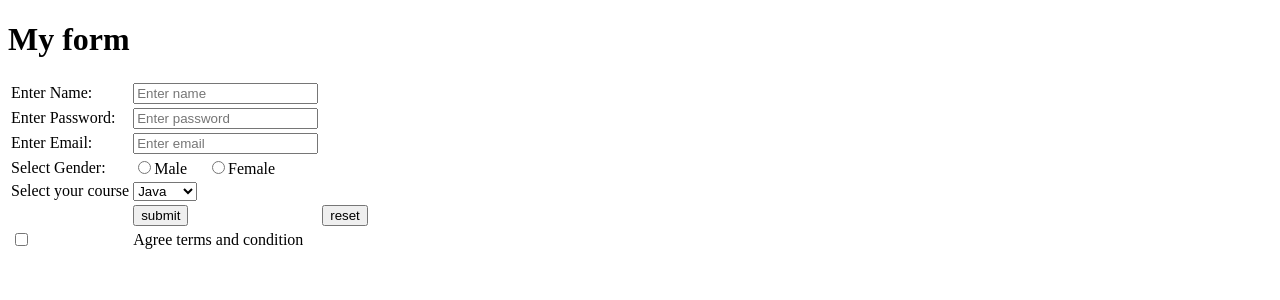
Repository: shitalshirole4044/Servlet-jsp
Page: http://localhost/test/
These files come from the project's save history. The page is drawn as it stood at one moment and after the next save; the edit follows.
The browser window is 1280 px wide. The pictures show the whole page.
The page is served by Tomcat 9. Other server files are loaded and not shown.

Above is the page before, as saved 2024-02-14 09:20:44.

### test/src/main/webapp/index.jsp
<%@ page language="java" contentType="text/html; charset=ISO-8859-1"
    pageEncoding="ISO-8859-1"%>
<!DOCTYPE html>
<html>
<head>
<meta charset="ISO-8859-1">
<title>Insert title here</title>
</head>
<body>
<div class="container">
<h1>My form</h1>
<form action="RegisteredServlet" method="post">
<table>
<tr>
<td>Enter Name:</td>
<td><input type="text" name="user_name" placeholder="Enter name"></td>
</tr>
<tr>
<td>Enter Password:</td>
<td><input type="password" name="password" placeholder="Enter password"></td>
</tr>
<tr>
<td>Enter Email:</td>
<td><input type="email" name="user_email" placeholder="Enter email"></td>
</tr>
<tr>
<td>Select Gender:</td>
<td><input type="radio" name="user_gender" value="male">Male &nbsp; &nbsp; <input type="radio" name="user_gender" value="female">Female</td>
</tr>
</tr>
<td>Select your course</td>
<td>
<select name="user_course">
<option value="Java">Java</option>
<option value="Cpp">Cpp</option>
<option value="C">C</option>
<option value="Python">Python</option>
</select>
</td>
</tr>
<tr>
<td></td>
<td><input type="submit" name="submit_button" value="submit"></td>
<td><input type="reset" name="reset_button" value="reset"></td>
<tr>
<td><input type="checkbox" name="condition" value="checked"></td>
<td>Agree terms and condition</td>
</tr>

</table>
</form>
</div>
</body>
</html>

After the next save:
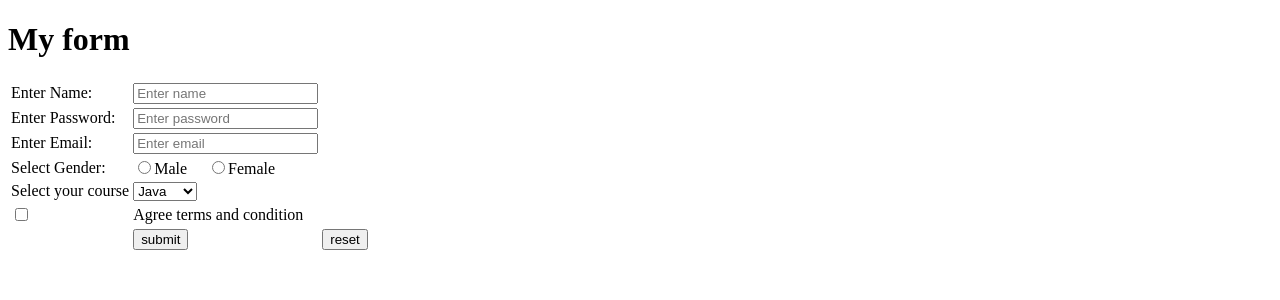
Saved 18 s later.
--- a/test/src/main/webapp/index.jsp
+++ b/test/src/main/webapp/index.jsp
@@ -38,14 +38,15 @@
 </select>
 </td>
 </tr>
+<td><input type="checkbox" name="condition" value="checked"></td>
+<td>Agree terms and condition</td>
+</tr>
+
 <tr>
 <td></td>
 <td><input type="submit" name="submit_button" value="submit"></td>
 <td><input type="reset" name="reset_button" value="reset"></td>
 <tr>
-<td><input type="checkbox" name="condition" value="checked"></td>
-<td>Agree terms and condition</td>
-</tr>
 
 </table>
 </form>
